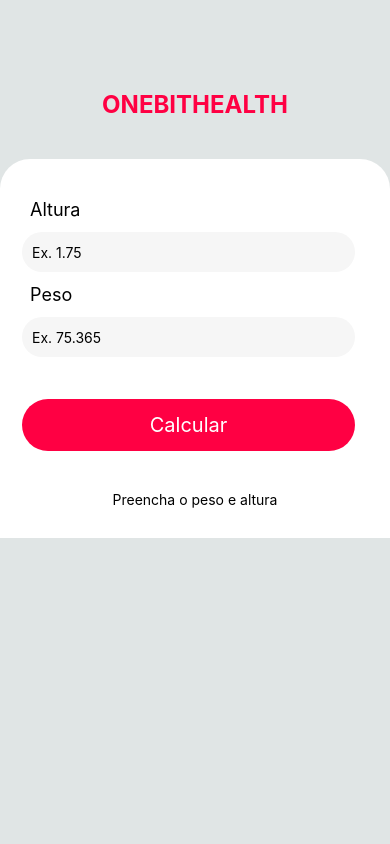
Repository: GustavoMSevero/onebithealth
Screen: /
An editor plug-in stored every save of this project. The screen is shown before and after the next save, followed by the edit.
The app was drawn by React Native's web renderer in a window 390 px wide. The project was rebuilt for these pictures with package versions that can differ from the ones it lists, and the page was loaded fresh each time.

Above is the screen before, as saved 2024-09-06 16:43:55.

### App.js
import { StyleSheet, View } from 'react-native';
import Title from './src/components/Title';
import Main from './src/components/Main';

export default function App() {
  return (
    <View style={styles.container}>
      <Title />
      <Main />
    </View>
  );
}

const styles = StyleSheet.create({
  container: {
    flex: 1,
    backgroundColor: '#e0e5e5',
    paddingTop: 80,
  },
});

### src/components/Title/index.js
import React from "react";
import { View, Text } from "react-native";
import styles from "./style";

export default function Title() {
    return(
        <View style={styles.boxTitle}>
            <Text style={styles.textTitle}>ONEBITHEALTH</Text>
        </View>
    );
}

### src/components/Main/index.js
import React from "react";
import { View } from "react-native";
import Form from "../Form";

export default function Main() {
    return(
        <View>
            <Form />
        </View>
    );
}

### src/components/Title/style.js
import { StyleSheet } from 'react-native';

const style = StyleSheet.create({
    boxTitle: {
        alignItems: "center",
        justifyContent: "center",
        padding: 10,
    },
    textTitle: {
        color: "#FF0043",
        fontSize: 24,
        fontWeight: "bold",
    }
});

export default style;

### src/components/Form/index.js
import React, { useState } from "react";
import { TextInput, View, Text, TouchableOpacity } from "react-native";
import ResultImc from "./ResultImc";
import styles from "./style";

export default function Form() {

    const [height, setHeight] = useState(null)
    const [weight, setWeigth] = useState(null)
    const [messageImc, setMessageImc] = useState("Preencha o peso e altura")
    const [imc, setImc] = useState(null)
    const [textButton, setTextButton] = useState("Calcular")

    function imcCalculator() {
        return setImc((weight/(height*height)).toFixed(2));
    }

    function validationImc() {
        if(weight != null && height != null) {
            imcCalculator()
            setHeight(null)
            setWeigth(null)
            setMessageImc("Se imc é igual: ")
            setTextButton("Calcular novamente")
            return
        }
        setImc(null)
        setTextButton("Calcular")
        setMessageImc("Preencha o peso e altura")
    }

    return(
        <View style={styles.formContext}>
            <View style={styles.form}>
                <Text style={styles.formLabel}>Altura</Text>
                <TextInput
                    style={styles.input}
                    onChange={setHeight}
                    value={height}
                    placeholder="Ex. 1.75"
                    keyboardType="numeric"
                />
                <Text style={styles.formLabel}>Peso</Text>
                <TextInput
                    style={styles.input}
                    onChange={setWeigth}
                    value={weight}
                    placeholder="Ex. 75.365"
                    keyboardType="numeric"
                />
                <TouchableOpacity
                    style={styles.buttonCalculator}
                    onPress={() => {
                        validationImc()
                    }}
                >
                    <Text style={styles.textButtonCalculator}>{textButton}</Text>
                </TouchableOpacity>
            </View>
            <ResultImc messageResultImc={messageImc} resultImc={imc} />
        </View>
    );
}

### src/components/Form/ResultImc/index.js
import React from "react";
import { View, Text } from "react-native";

export default function ResultImc(props) {
    return(
        <View>
            <Text>{props.messageResultImc}</Text>
            <Text>{props.resultImc}</Text>
        </View>
    );
}

### src/components/Form/style.js
import { StyleSheet } from "react-native";

const style = StyleSheet.create({
    formContext: {
        width: "100%",
        height: "100%",
        bottom: 0,
        backgroundColor: "#FFFFFF",
        alignItems: "center",
        borderTopLeftRadius: 30,
        borderTopRightRadius: 30,
        marginTop: 30,
    },
    form: {
        width: "100%",
        height: "auto",
        marginTop: 30,
        padding: 10,
    },
    formLabel: {
        color: "#000000",
        fontSize: 18,
        paddingLeft: 20,
    },
    input: {
        width: "90%",
        borderRadius: 50,
        backgroundColor: "#f6f6f6",
        height: 40,
        margin: 12,
        paddingLeft: 10,
    },
    buttonCalculator: {
        borderRadius: 50,
        alignItems: "center",
        justifyContent: "center",
        width: "90%",
        backgroundColor: "#FF0043",
        paddingTop: 14,
        paddingBottom: 14,
        marginLeft: 12,
        margin: 30,
    },
    textButtonCalculator: {
        fontSize: 20,
        color: "#ffffff",
    }
});

export default style;

After the next save:
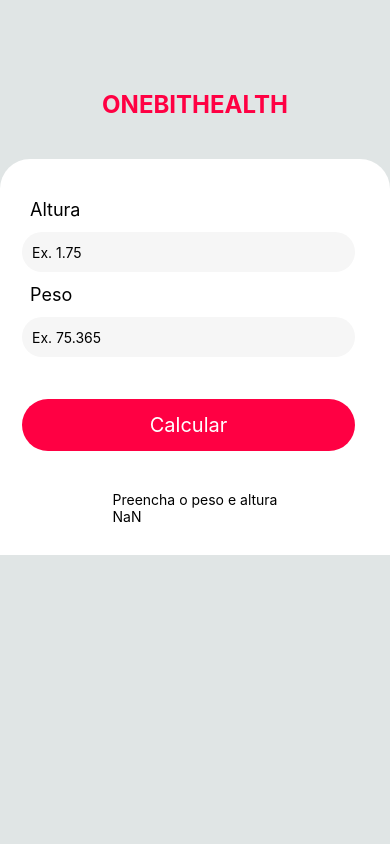
Saved 9 min 24 s later.
--- a/src/components/Form/index.js
+++ b/src/components/Form/index.js
@@ -57,7 +57,7 @@
                     <Text style={styles.textButtonCalculator}>{textButton}</Text>
                 </TouchableOpacity>
             </View>
-            <ResultImc messageResultImc={messageImc} resultImc={imc} />
+            <ResultImc messageResultImc={messageImc} resultImc={parseFloat(imc)} />
         </View>
     );
 }

After the save that followed:
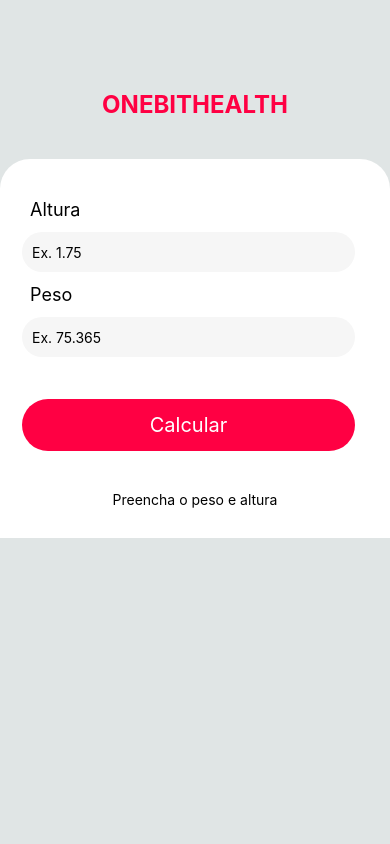
Saved 40 s later.
--- a/src/components/Form/index.js
+++ b/src/components/Form/index.js
@@ -57,7 +57,7 @@
                     <Text style={styles.textButtonCalculator}>{textButton}</Text>
                 </TouchableOpacity>
             </View>
-            <ResultImc messageResultImc={messageImc} resultImc={parseFloat(imc)} />
+            <ResultImc messageResultImc={messageImc} resultImc={imc} />
         </View>
     );
 }
